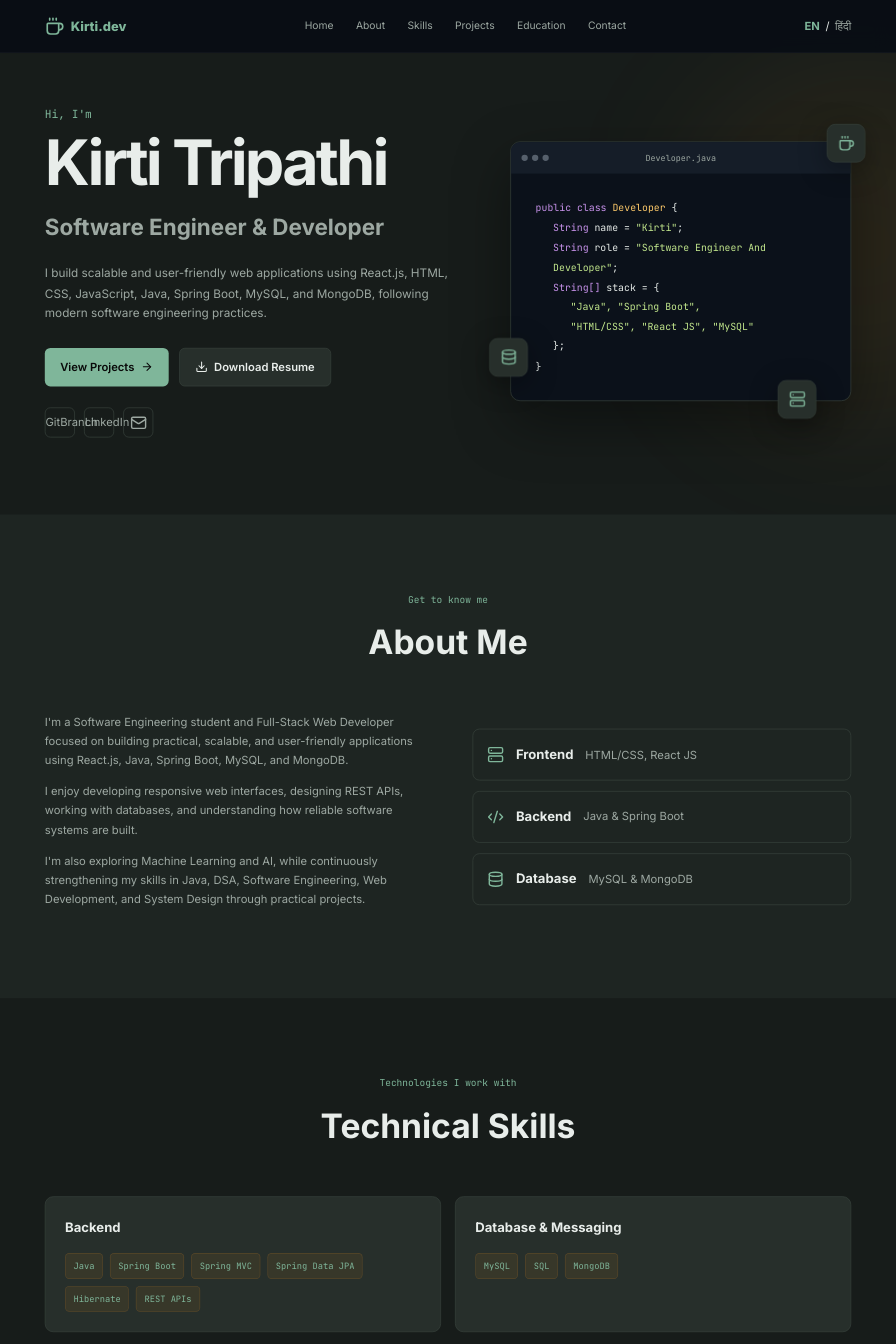
Repository: Rashi-Kirti06/En-Hi-Portfolio
Page: /
These files come from the project's save history. The page is drawn as it stood at one moment and after a run of saves; the edit follows.
The browser window is 1280 px wide. The pictures show the part of the page from y = 0 to 1920 px (the page is 4993 px tall), at 70% of full size.
The project was rebuilt for these pictures with package versions that can differ from the ones it lists, and the page was loaded fresh each time. Also part of the build but not shown: vite.config.js.

Above is the page before, as saved 2026-09-06 16:56:27.

After the next 2 saves:
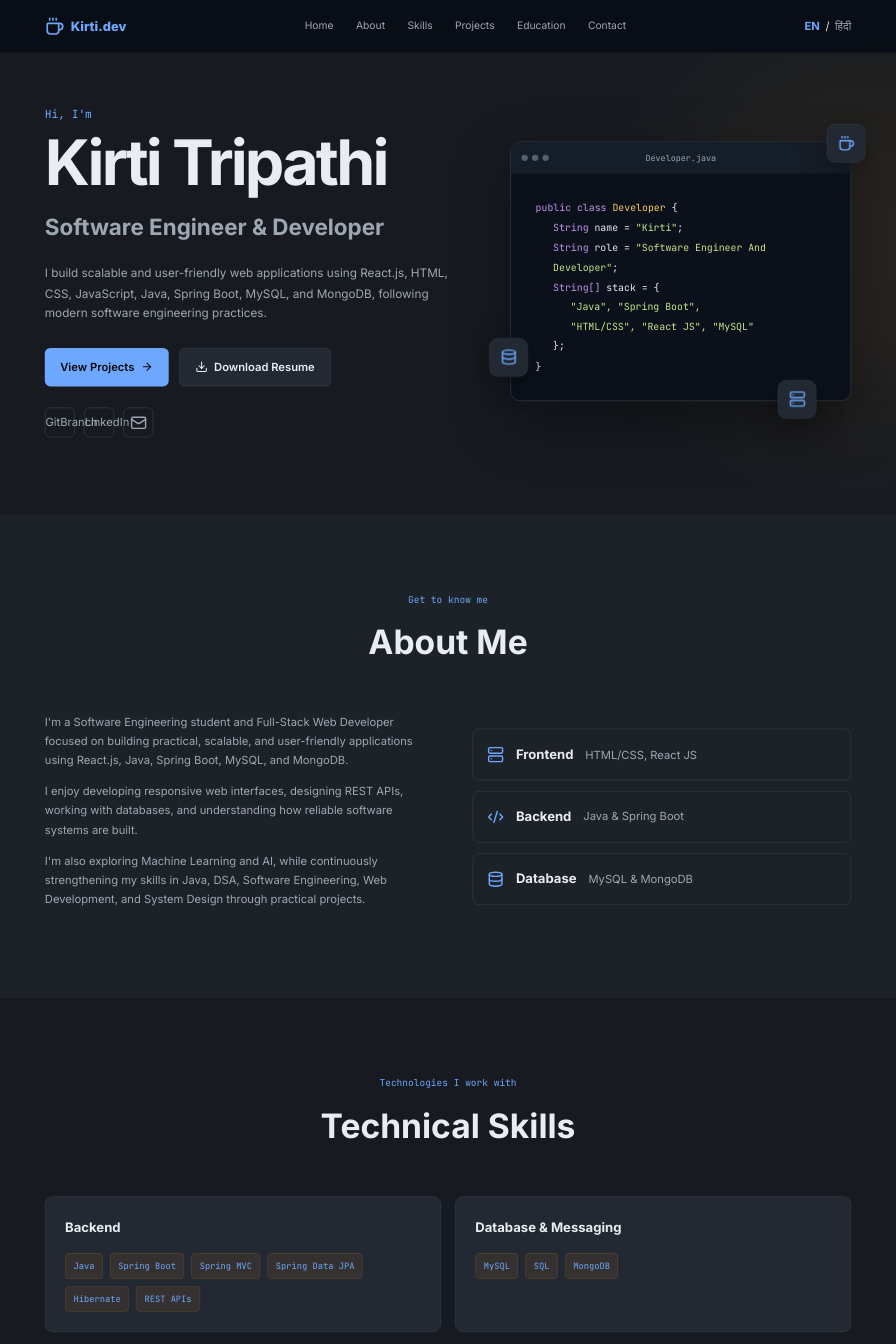
The 2 saves are shown as one change because they came seconds apart.
The last was saved 17 s later.
--- a/src/index.css
+++ b/src/index.css
@@ -193,7 +193,7 @@
 --green: #7fba91;
 --border: #393d42; */
 
---background: #171c1a;
+/* --background: #171c1a;
 --background-secondary: #1e2522;
 --card: #272f2b;
 --card-hover: #2e3833;
@@ -202,7 +202,18 @@
 --primary: #7fb69a;
 --primary-hover: #91c5aa;
 --green: #82c79b;
---border: #37413c;
+--border: #37413c; */
+
+--background: #171b21;
+--background-secondary: #1d2229;
+--card: #232932;
+--card-hover: #29313b;
+--text: #e8edf2;
+--text-muted: #9da7b2;
+--primary: #6ea8fe;
+--primary-hover: #82b5ff;
+--green: #70c596;
+--border: #343c47;
 
 
   --max-width: 1180px;
